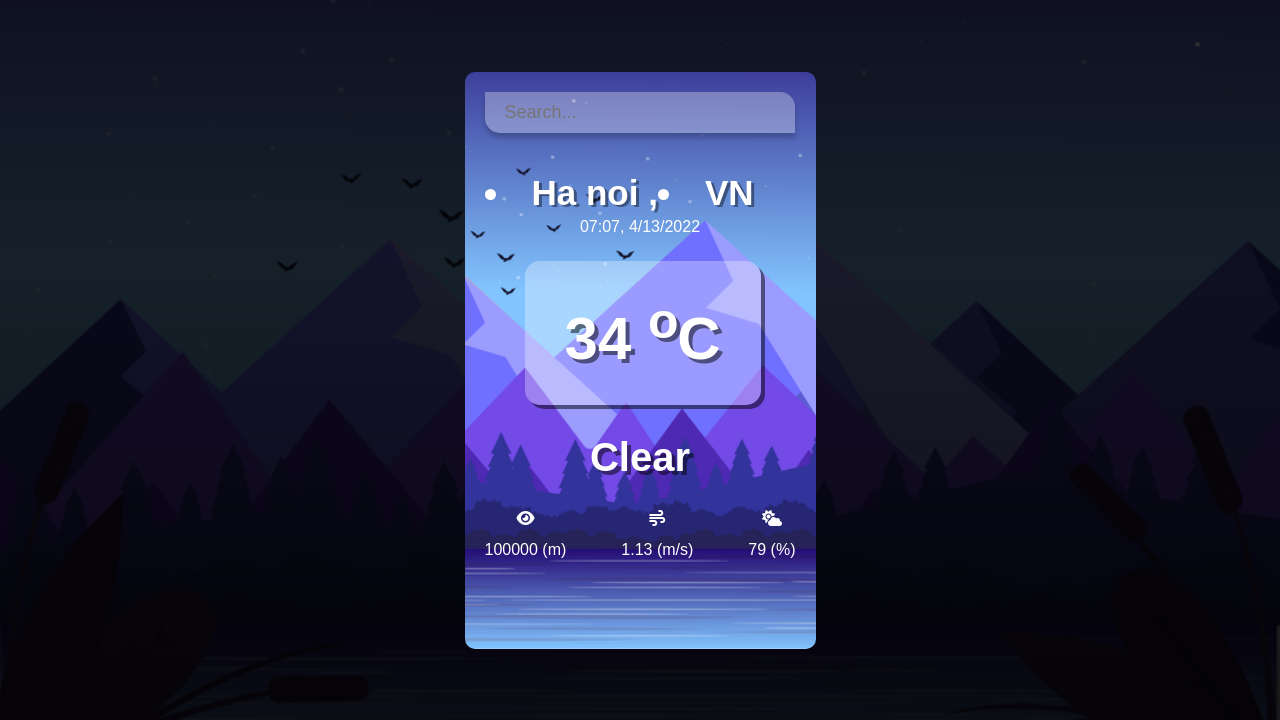
Repository: nganha241/weather-app
Page: index.html
An editor plug-in stored every save of this project. The page is shown before and after the next save, followed by the edit.
The browser window is 1280 px wide. The pictures show the whole page.
The page's requests for data from a server got no answer. Some web libraries are served in a nearby version.

Above is the page before, as saved 2022-04-14 09:27:17.

### index.html
<!DOCTYPE html>
<html lang="en">
  <head>
    <meta charset="UTF-8" />
    <meta http-equiv="X-UA-Compatible" content="IE=edge" />
    <meta name="viewport" content="width=device-width, initial-scale=1.0" />
    <title>Document</title>
    <link rel="stylesheet" href="./style.css" />
  </head>
  <body>
    <div id="weather">
      <div class="header">
        <input type="text" placeholder="Search..." />
      </div>
      <div class="content">
        <div class="capital">
          <li class="city">Ha noi ,</li>
          <li class="country">VN</li>
        </div>

        <div class="time">07:07, <span class="date">4/13/2022</span></div>
        <div class="deg">
          <p>34 <sup>o</sup> C</p>
        </div>
        <div class="status">Clear</div>
      </div>
      <div class="footer">
        <div class="detail">
          <div class="distance">
            <div><i class="fa-solid fa-eye"></i></div>
            <div class="value">100000 <span>(m)</span></div>
          </div>
          <div class="speed">
            <div><i class="fa-solid fa-wind"></i></div>
            <div class="value">1.13 <span>(m/s)</span></div>
          </div>
          <div class="humidity">
            <div><i class="fa-solid fa-cloud-sun"></i></div>
            <div class="value">79 <span>(%)</span></div>
          </div>
        </div>
      </div>
    </div>
    <script
      src="https://kit.fontawesome.com/ae971d7ee0.js"
      crossorigin="anonymous"
    ></script>
    <script src="./main.js"></script>
  </body>
</html>

### style.css
* {
    padding: 0;
    margin: 0;
    box-sizing: border-box;
}

body {
    font-family: sans-serif;
    height: 100vh;
    display: flex;
    justify-content: center;
    align-items: center;
    background: linear-gradient(to top, rgba(0, 0, 0, 0.9), rgba(0, 0, 0, 0.8)), url(./img1.png) no-repeat center/cover;
    color: #fff;
}

#weather {
    padding: 20px;
    width: 351px;
    height: 577px;
    border: none;
    border-radius: 10px;
    background: url(./img1.png) no-repeat center/cover;
    position: relative;
}

.header input{
    width: 310px;
    height: 41px;
    border-radius: 0px 15px 0px 15px;
    border: none;
    background: rgba(255, 255, 255, 0.3);
    box-shadow: 0px 5px 5px rgba(0, 0, 0, 0.2);
    outline: none;
    font-size: 18px;
    padding: 0 20px;
    transition: 0.4s;
}

.header input:focus {
    border-radius: 15px 0px 15px 0px;
    background: rgba(255, 255, 255, 0.7);
}

.content {
    margin-top: 40px;
    text-align: center;
}

.capital {
    display: flex;
    font-size: 35px;
    font-weight: 600;
    text-shadow: 3px 2px rgba(0, 0, 0, 0.4);
}

.time {
    margin-top: 5px;
}

.deg {
    width: 236px;
    height: 144px;
    border-radius: 15px;
    background: rgba(255, 255, 255, 0.3);
    box-shadow: 4px 4px rgba(0, 0, 0, 0.5);
    display: flex;
    justify-content: center;
    align-items: center;
    margin-top: 25px;
    margin-left: 40px;
}

.deg p {
    font-size: 60px;
    font-weight: 800;
    text-shadow: 4px 4px rgba(0, 0, 0, 0.5) ;
}

.deg p sup {
    margin-right: -18px;
}

.status {
    margin-top: 30px;
    font-size: 40px;
    font-weight: 700;
    text-shadow: 4px 4px rgba(0, 0, 0, 0.5) ;
}

.footer {
    margin-top: 30px;
}

.detail {
    display: flex;
    justify-content: space-between;
    align-items: center;
    text-align: center;
}

.detail .fa-solid {
   padding-bottom: 15px;
}

### main.js
const search = document.querySelector("input");
const city = document.querySelector(".city");
const country = document.querySelector(".city .country");
const deg = document.querySelector(".deg p");
const status = document.querySelector(".status");
const distance = document.querySelector(".distance value");
const speed = document.querySelector(".speed value");
const humidity = document.querySelector(".humidity value");
console.log(country);
async function changeWeatherUI() {
  // const val = search.value.trim();
  const val = "Tokyo";
  let apiUrl = `https://api.openweathermap.org/data/2.5/weather?q=${val}&appid=7db7f7f1454b662870a48eb474a823f9`;

  let data = await fetch(apiUrl).then((res) => res.json());
  console.log(data);

  city.innerText = data.name;
  country.innerText = data.sys.country;
}

changeWeatherUI();

After the next save:
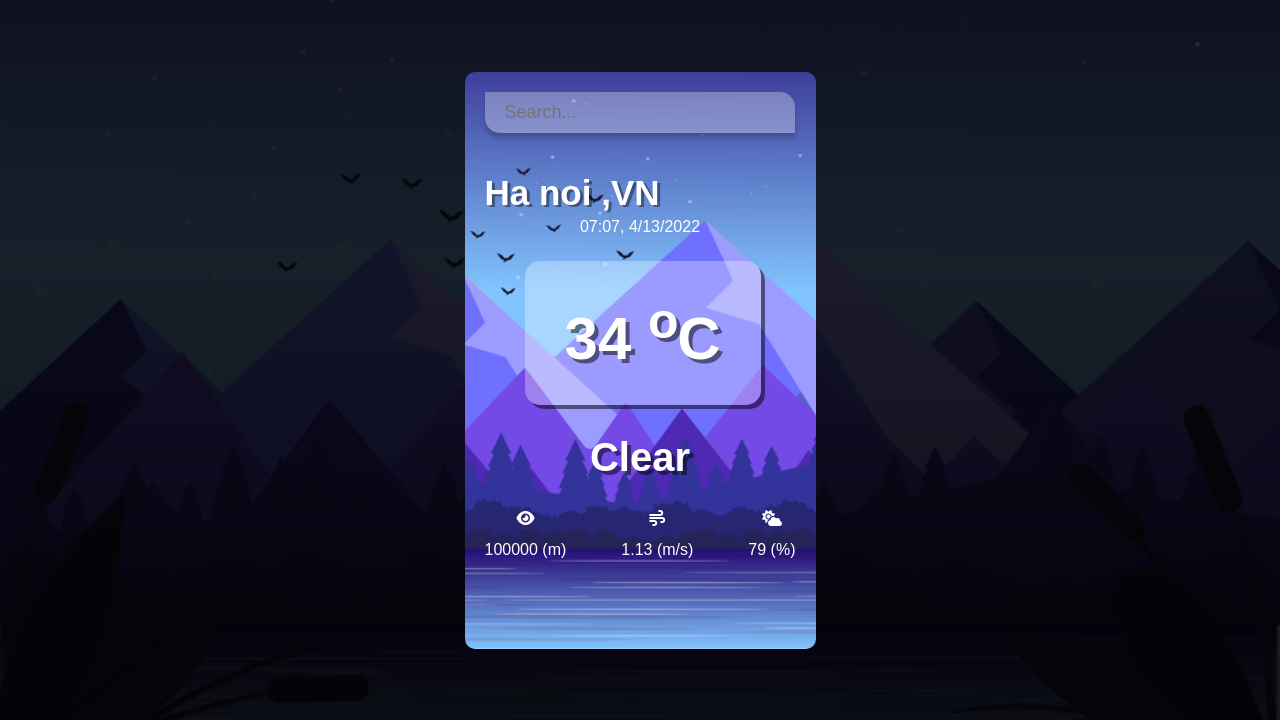
Saved 12 s later.
--- a/style.css
+++ b/style.css
@@ -54,6 +54,10 @@ body {
     text-shadow: 3px 2px rgba(0, 0, 0, 0.4);
 }
 
+.capital li {
+    list-style: none;
+}
+
 .time {
     margin-top: 5px;
 }
